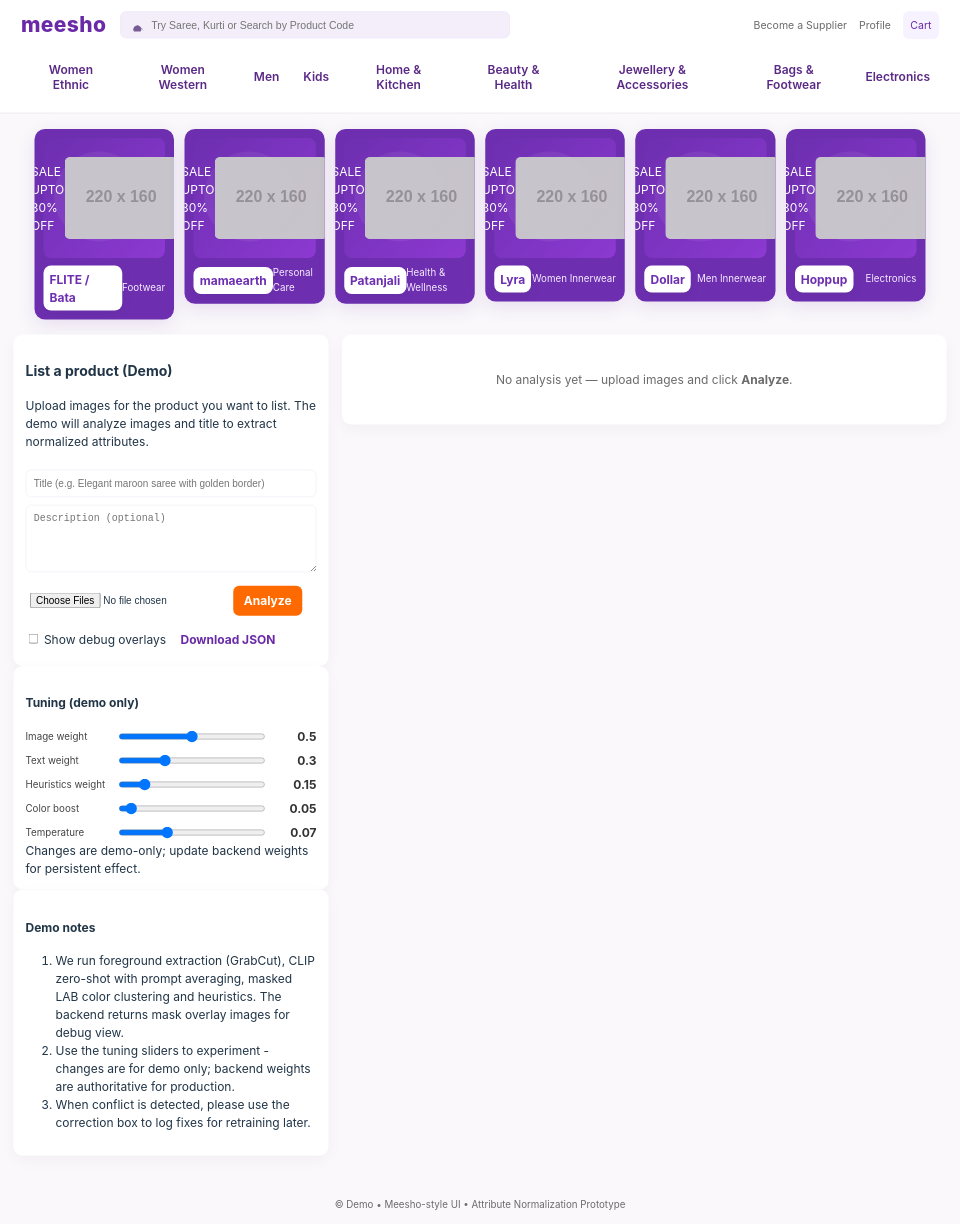
Repository: mazerunner1001/DICE-Hackathon--Semantic-Attribute-Normalization-with-Generative-AI-and-Seller-Feedback-Loops
Page: / (app in frontend/)
An editor plug-in stored every save of this project. The page is shown before and after the next save, followed by the edit.
The browser window is 1280 px wide. The pictures show the whole page, at 75% of full size.
The project was rebuilt for these pictures with package versions that can differ from the ones it lists, and the page was loaded fresh each time. Also part of the build but not shown: frontend/vite.config.js.

Above is the page before, as saved 2025-09-21 22:10:19.

After the next save:
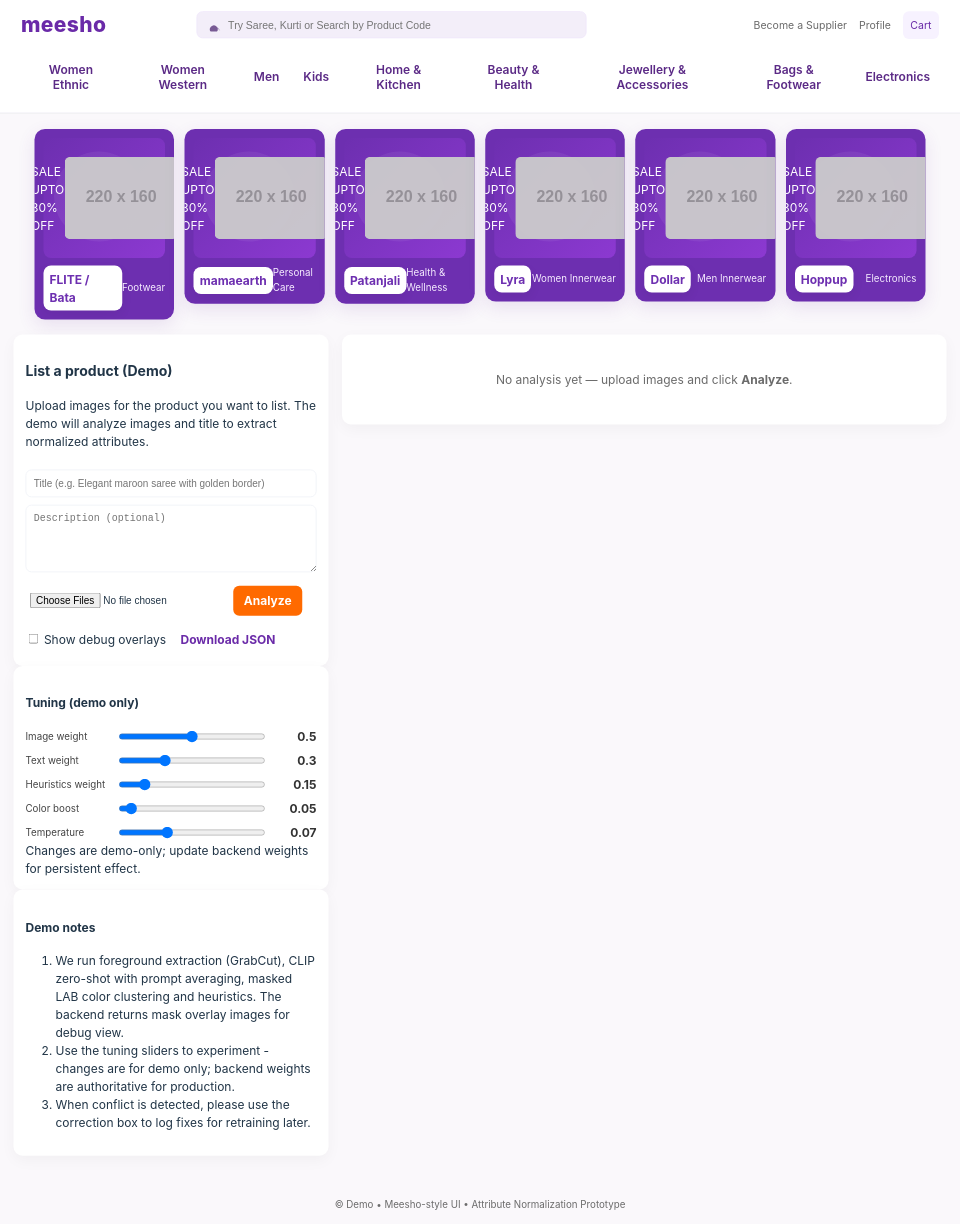
Saved 55 s later.
--- a/frontend/src/App.css
+++ b/frontend/src/App.css
@@ -9,7 +9,7 @@
 .mh-header { background: #ffffff; border-bottom: 1px solid #eee; position:sticky; top:0; z-index:30; }
 .mh-topbar { display:flex; align-items:center; gap:18px; padding:12px 28px; }
 .mh-logo { color:#6a2aa8; font-weight:800; font-size:28px; letter-spacing:0.5px; }
-.mh-search { display:flex; align-items:center; gap:8px; background:#f3eef9; padding:8px 12px; border-radius:8px; width:520px; border:1px solid #efe6fb; }
+.mh-search { display:flex; align-items:center; gap:8px; background:#f3eef9; padding:8px 12px; border-radius:8px; width:520px; border:1px solid #efe6fb; margin: 0 auto; }
 .mh-search input { border:none; outline:none; background:transparent; width:100%; color:#4a245d; font-size:14px; }
 .search-icon { margin-left:2px; opacity:0.9; }
 .mh-actions { margin-left:auto; display:flex; gap:16px; align-items:center; color:#6b6b6b; font-size:14px; }
